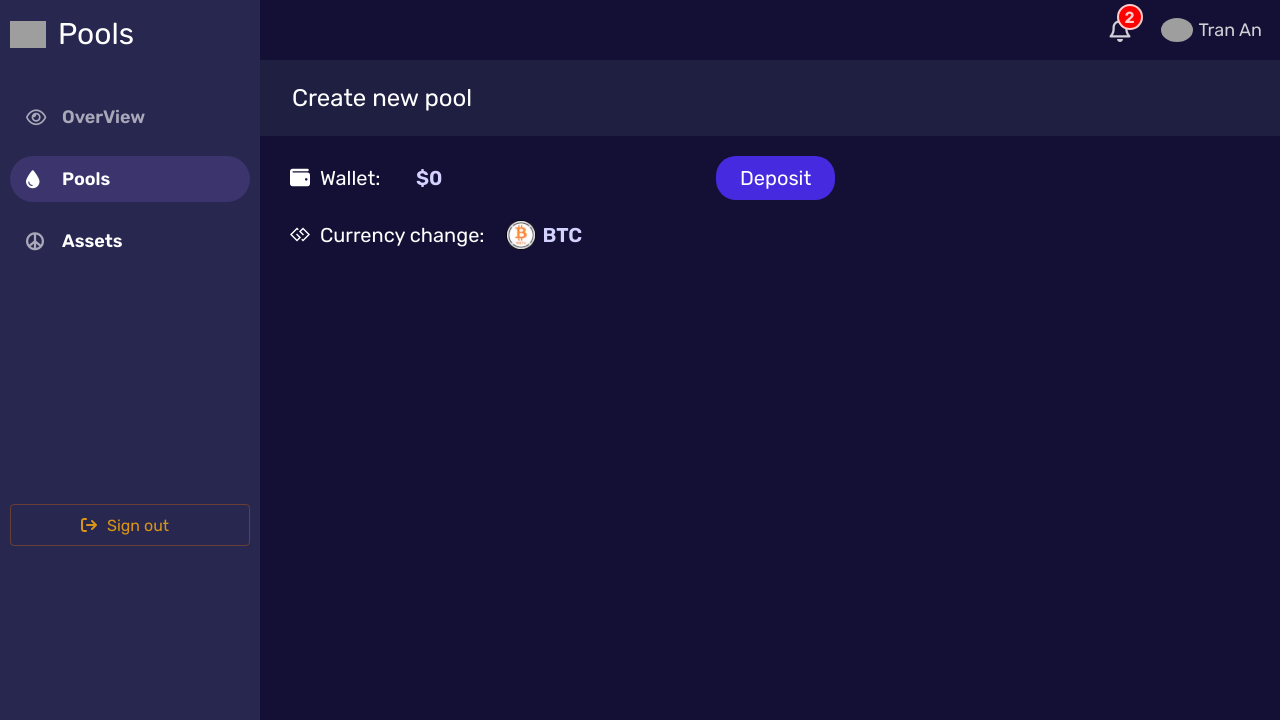
Repository: quynh232000/pools
Page: pool/create-pool.html
An editor plug-in stored every save of this project. The page is shown before and after the next save, followed by the edit.
The browser window is 1280 px wide. The pictures show the whole page.
The pointer rests on the first visible `.create-select-type-money`.
Pictures or frames that could not be fetched are drawn as grey boxes.

Above is the page before, as saved 2023-07-14 00:42:45.

### pool/create-pool.html
<!DOCTYPE html>
<html lang="en">
  <head>
    <meta charset="UTF-8" />
    <meta name="viewport" content="width=device-width, initial-scale=1.0" />
    <title>Create Pool</title>

    <link rel="stylesheet" href="../src/css/base.css" />
    <link rel="stylesheet" href="../src/css/style.css" />
    <link rel="stylesheet" href="../src/css/pool.css" />
    <link rel="stylesheet" href="../src/css/create-pool.css" />
    <link
      rel="stylesheet"
      href="https://cdnjs.cloudflare.com/ajax/libs/font-awesome/6.4.0/css/all.min.css"
      integrity="sha512-iecdLmaskl7CVkqkXNQ/ZH/XLlvWZOJyj7Yy7tcenmpD1ypASozpmT/E0iPtmFIB46ZmdtAc9eNBvH0H/ZpiBw=="
      crossorigin="anonymous"
      referrerpolicy="no-referrer"
    />
  </head>
  <body>
    <div class="container">
      <div class="sidebar">
        <div class="sidebar-logo">
          <img src="https://sef-eco.vercel.app/assets/images/logo.png" alt="" />
          <span>Pools</span>
        </div>
        <div class="sidebar-items">
          <div class="sidebar-list">
            <div class="sidebar-item">
              <i class="fa-regular fa-eye"></i>
              <div class="sidebar-item-name">OverView</div>
            </div>
            <div class="sidebar-item sidebar-item-active">
              <i class="fa-solid fa-droplet"></i>
              <a href="/pool.html" class="sidebar-item-name">Pools</a>
            </div>
            <div class="sidebar-item">
              <i class="fa-solid fa-peace"></i>
              <a href="/index.html" class="sidebar-item-name">Assets</a>
            </div>
          </div>

          <div class="sidebar-sign-out">
            <i class="fa-solid fa-arrow-right-from-bracket"></i>
            <div class="sidebar-item-name">Sign out</div>
          </div>
        </div>
      </div>
      <div class="content">
        <div class="header">
          <div class="header-noti">
            <i class="fa-regular fa-bell"></i>
            <div class="header-noti-count">2</div>
          </div>
          <div class="header-user">
            <img
              src="https://static.vecteezy.com/system/resources/previews/002/002/257/original/beautiful-woman-avatar-character-icon-free-vector.jpg"
              alt=""
            />
            <div class="header-user-name">Tran An</div>
          </div>
        </div>
        <!-- body -->
        <div class="content-title">Create new pool</div>
        <div class="create-body">
          <div class="create-item">
            <i class="fa-solid fa-wallet"></i>
            <div class="create-item-title">Wallet:</div>
            <span>$0</span>
            <div class="create-btn">Deposit</div>
          </div>
          <div class="create-item">
            <i class="fa-brands fa-gg"></i>
            <div class="create-item-title">Currency change:</div>
            <div class="create-select-type-money">
              <div class="type-money-item">
                <img src="../src/img/btc.png" alt="" />
                <div class="type-money-name">BTC</div>
              </div>
              <div class="type-money-more">
                <div class="type-money-item">
                  <img src="../src/img/eth.png" alt="" />
                  <div class="type-money-name">ETH</div>
                </div>
                <div class="type-money-item">
                  <img src="../src/img/btc.png" alt="" />
                  <div class="type-money-name">BTC</div>
                </div>
                <div class="type-money-item">
                  <img src="../src/img/eth.png" alt="" />
                  <div class="type-money-name">ETH</div>
                </div>
              </div>
            </div>
          </div>
        </div>
      </div>
    </div>
  </body>
</html>

### src/css/base.css
@import url('https://fonts.googleapis.com/css2?family=Rubik:wght@300;400;500;600;700&display=swap');
 :root{
    --primary-color:#fff;
    --text-color:#fff;
    --text-1-color:rgb(211, 209, 255);
    --bg-color:#140f34;
    --bg-item-color:#282750;

 }
*{
    box-sizing: inherit;
}
html,body{
    box-sizing: border-box;
    margin: 0;
    padding: 0;
    font-family: 'Rubik', sans-serif;
    color: var(--text-color);
}
a{
    color: white;
    text-decoration: none;
}

### src/css/style.css
.container{
    width: 100%;
    min-height: 100vh;
    background-color: var(--bg-color);
    display: flex;
}
.sidebar{
    width: 20%;
    min-width: 260px;
    max-width: 400px;
    display: flex;
    flex-direction: column;
    min-height: 100vh;
    background-color: var(--bg-item-color);
}
.sidebar-logo{
    display: flex;
    width: 100%;
    align-items: center;
    padding: 16px 10px;
}
.sidebar-logo img{
    width: 15%;
}
.sidebar-logo span{
    font-size: 30px;
    color: var(--primary-color);
    margin-left: 12px;

}
.sidebar-items{
    padding: 26px 10px;
    display: flex;
    flex-direction: column;
    justify-content: space-between;
    min-height: 70vh;
}
.sidebar-list{

}
.sidebar-item{
    font-size: 18px;
    display: flex;
    align-items: center;
    padding: 12px 16px;
    border-radius: 40px;
    color: rgb(255 255 255/.6);
    margin-bottom: 16px;
    font-weight: 600;
    transition: color .3s;
}
.sidebar-item:hover{
    cursor: pointer;
    color: rgb(255 255 255/.8);
}
.sidebar-item-active{
    background-color:#3c356d ;
    color: var(--text-color);
}
.sidebar-item i{
    min-width: 36px;
}
.sidebar-sign-out{
    display: flex;
    align-items: center;
    color: rgb(218, 149, 23);
    text-align: center;
    border: 1px solid rgba(202, 98, 12,.4);
    justify-content: center;
    padding-right: 10px;
    border-radius: 4px;
    transition: color border .3s;
}
.sidebar-sign-out:hover{
    cursor: pointer;
    color: rgb(253, 166, 5);
    border: 1px solid rgba(202, 98, 12,.5);
}
.sidebar-sign-out i{
    margin-right: 10px;
    padding: 12px 0;
}

.content{
    width: 85%;
    min-height: 100vh;
    /* background-color: var(--bg-color); */
}
.header{
    display: flex;
    justify-content: flex-end;
    padding: 18px;
    color: rgb(255 255 255/.8);
    align-items: center;
}
.header-user{
    display: flex;
    align-items: center;
    font-size: 18px;

}
.header-user img {
    width: 32px;
    border-radius: 50%;
    margin-right: 6px;
}
.header-noti{
    display: flex;
    margin-right: 30px;
    font-size: 20px;
    position: relative;
    font-size: 24px;
}
.header-noti-count{
    width: 26px;
    height: 26px;
    position: absolute;
    top: -14px;
    left: 7px;
    border: 2px solid  rgb(255 255 255/.8);
    text-align: center;
    border-radius: 50%;
    font-size: 16px;
    display: flex;
    align-items: center;
    justify-content: center;
    background-color: var(--bg-color);
    background-color: red;
    font-weight: 600;

}
.content-title{
    background-color: #1f1f42;
    padding: 24px 32px;
    font-size: 24px;
}
.content-list{
    display: flex;
    flex-direction: column;
    align-items: center;
    padding: 0 40px;
}
.content-list-body{
    width: 100%;
    margin-top: 20px;

}
.content-nav{
    width: 100%;
    display: flex;
    justify-content: space-between;
    padding: 12px 26px;
    margin: 10px 0;
    transition: background-color .2s ;
}
.content-nav:hover{
    background-color: #2d2d44;
}
.nav-left{
    width: 50%;
    display: flex;
    align-items: center;
    justify-content: space-between;
    font-size: 22px;

}
.nav-left-info{
    display: flex;
    align-items: center;
}
.nav-left-info img{
    width: 32px;
    margin-right: 8px;
}
.nav-left-name{
    font-size: 22px;
}
.nav-left-balance{
    display: flex;
    flex-direction: column;
    align-items: center;
    flex: 1;
}
.nav-left-balance span:nth-child(2){
    font-size: 20px;
    color: #a8a8a8;
}


.nav-right{
    width: 40%;
    display: flex;
    justify-content: space-between;
    align-items: center;
    color: #b3b1fd;
}
.nav-right span{
    transition: color .3s;
}
.nav-right span i{
    font-size: 16px !important;
    margin-left: 4px;
}
.nav-right span:hover{
    color:#f8c2b0;
    cursor: pointer;
}
.nav-text{
    color: #b3b1fd;
    font-size: 20px;
}
.nav-right .nav-tex:hover{
    color: #b3b1fd !important;
    cursor: no-drop;
}

### src/css/pool.css
.p-content-body{
    width: 100%;
    display: flex;
    flex-wrap: wrap;
    padding: 20px 10px;
}
.content-item-wrapper{
    width: 33.333%;
    padding: 10px ;
}
.p-content-item{
    border-radius: 6px;
    background-color: var(--bg-item-color);
    padding: 14px;
    transition: background-color .3s ease;
}
.p-content-item:hover{
    background-color: #2e2e60;
}
.p-content-item-top{
    display: flex;
    align-items:flex-start;

}
.p-content-item-img{
    margin-right: 6px;
}
.p-content-item-top-info{
    display: flex;
    flex-direction: column;
}
.p-content-item-top-info span{
    padding-top: 4px;
}
.p-content-item-top-info p{
    margin: 4px 0 10px 0;
    color: #a7a3a3;
}
.p-content-item-bottom{
    display: flex;
}
.p-item-type{
    margin-right: 10px;
    padding: 0 8px;
    text-align: center;
}
.p-item-type:first-child{
    border-right: 1px solid gray;
    padding-right: 16px;
}
.p-item-type span{
    font-size: 14px;
    color: #a7a3a3;
    /* font-weight: 600; */
}
.p-item-type p{
    margin: 0;
}
.add-pool{
    display: flex;
    flex-direction: column;
    align-items: center;
    font-size: 20px;
    min-height: 122px;
    justify-content: center;
}
.add-pool i{
    font-size: 26px;
    margin-bottom: 6px;
}

### src/css/create-pool.css
.create-body{
    width: 100%;
    display: flex;
    flex-direction: column;
    padding: 20px 30px;
}
.create-item{
    display: flex;
    font-size: 20px;
    align-items: center;
    margin-bottom: 20px;
}
.create-item-title{
    margin: 0 16px 0 10px;
    min-width: 80px;

}
.create-item span{
    color: var(--text-1-color);
    min-width: 300px;
    font-weight: 600;
}
.create-btn{
    background-color: rgb(70, 42, 223);
    padding: 10px 24px;
    border-radius: 20px;
    display: flex;
    justify-content: center;
    align-items: center;
    transition: background-color .3s ease;
}
.create-btn:hover{
    background-color: #6a67ea;
    cursor: pointer;
}
.create-select-type-money{
    position: relative;
    margin-left: 6px;
}
.type-money-item{
    display: flex;
    align-items: center;
}
.type-money-item img{
    width: 30px;
    height: 30px;
    object-fit: cover;
    margin-right: 6px;
}
.type-money-name{
    color: var(--text-1-color);
    font-weight: 600;
}
.type-money-more{
    display: none;
    position: absolute;
    background-color: var(--bg-item-color);
    border-radius: 6px;
    top: 150%;
    left: -14px;
}
.type-money-more .type-money-item{
    /* margin: 8px; */
    border-radius: 6px;
    padding: 10px 26px;
    transition: background-color .3s ease;
}
.type-money-more .type-money-item:hover{
    background-color: rgb(162, 158, 240);
    cursor: pointer;
}

After the next save:
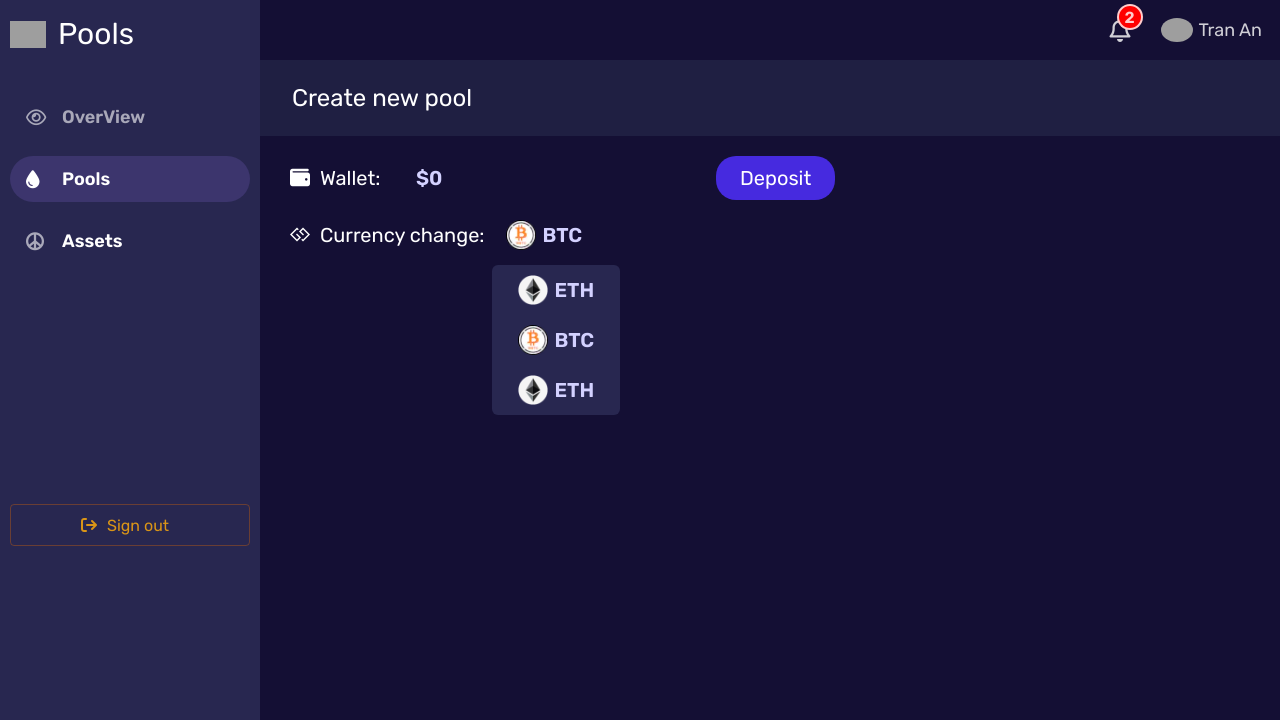
Saved 41 s later.
--- a/src/css/create-pool.css
+++ b/src/css/create-pool.css
@@ -37,6 +37,9 @@
     position: relative;
     margin-left: 6px;
 }
+.create-select-type-money:hover .type-money-more{
+    display: block;
+}
 .type-money-item{
     display: flex;
     align-items: center;
